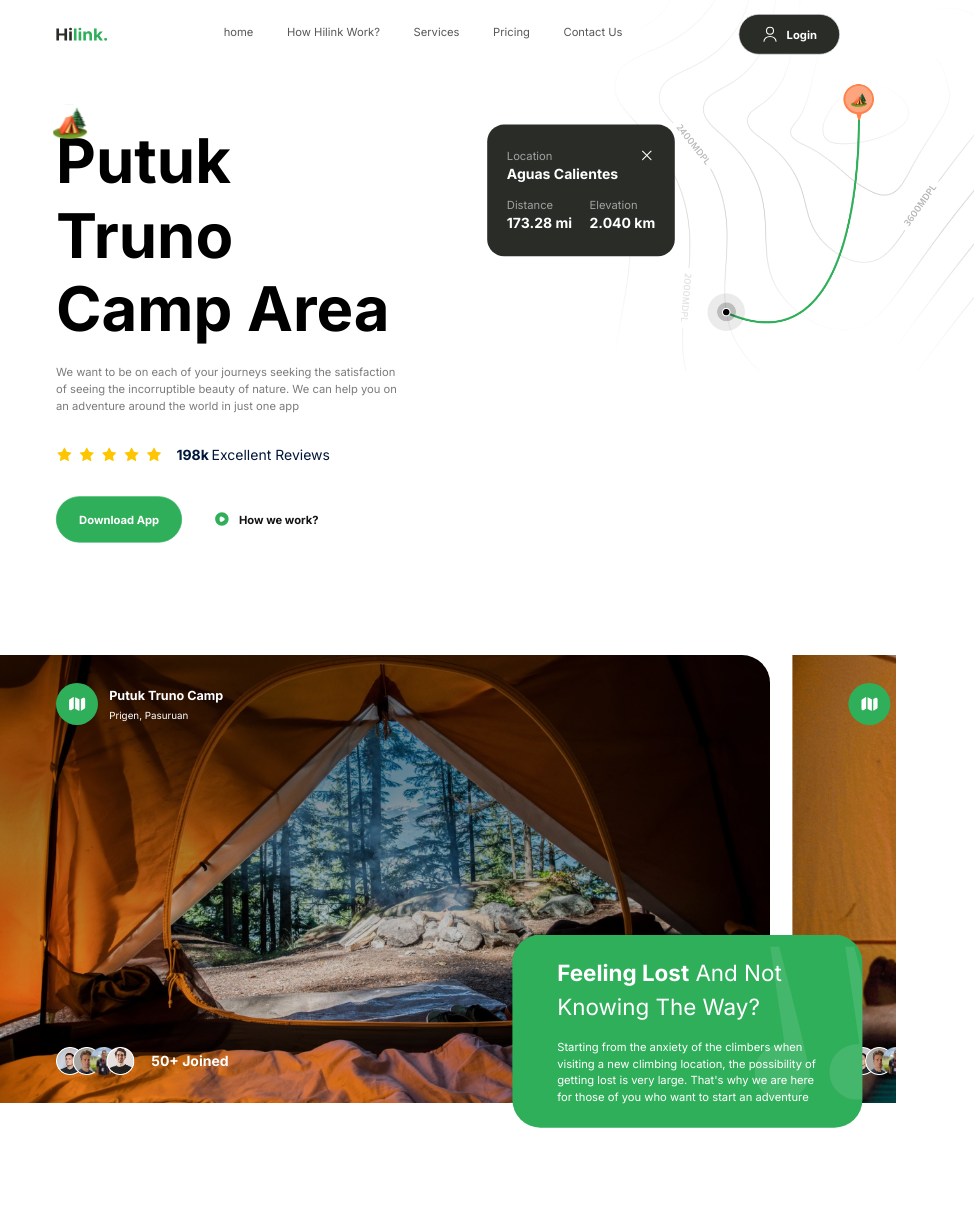
Repository: abdulrahmanmahmood/Travel-App
Page: /
An editor plug-in stored every save of this project. The page is shown before and after the next save, followed by the edit.
The browser window is 1280 px wide. The page is 1392 px wide, then 1360 px, so the pictures cover 1392 px, including what lies to the right of the window. The pictures show the part of the page from y = 0 to 1760 px (the page is 4955 px tall), at 70% of full size.
The project was rebuilt for these pictures with package versions that can differ from the ones it lists, and the page was loaded fresh each time. The framework's server and built-in components were replaced by stand-ins that run in the browser. Also part of the build but not shown: next.config.js.

Above is the page before, as saved 2023-11-10 10:42:44.

### app/layout.tsx
import './globals.css'
import type { Metadata } from 'next';
import './globals.css'
import Navbar from '@/components/Navbar';
import Footer from '@/components/Footer';


export const metadata: Metadata = {
  title: 'Travel',
  description: 'Travel UI/UX App for camping',
}

export default function RootLayout({
  children,
}: {
  children: React.ReactNode
}) {
  return (
    <html lang="en">
      <body >
        <Navbar/>
        {children}
        <Footer/>
      </body>
    </html>
  )
}

### app/page.tsx
import Features from "@/components/Features"
import GetApp from "@/components/GetApp"
import Guide from "@/components/Guide"
import Hero from "@/components/Hero"
import Camp from "@/components/camp"

export default function Home() {
  return (
    <>
    <Hero/>
    <Camp/>
    <Guide/>
    <Features/>
    <GetApp/>
 </>
  )
}

### app/globals.css
@import url('https://fonts.googleapis.com/css2?family=Inter:wght@400;500;600;700;800&display=swap');

@tailwind base;
@tailwind components;
@tailwind utilities;

* {
  margin: 0;
  padding: 0;
  box-sizing: border-box;
}

body {
  font-family: Inter;
}

@layer utilities {
  .btn_white {
    @apply  border-white bg-white px-8 py-3 text-green-50
  }
  .btn_white_text  {
    @apply  border-white bg-white px-8 py-3 text-gray-90
  }
  .btn_green  {
    @apply  border-green-50 bg-green-50 px-8 py-5 text-white
  }
  .btn_dark_green {
    @apply  bg-green-90 px-8 py-4 text-white transition-all hover:bg-black
  }
  .btn_dark_green_outline  {
    @apply border-gray-20 bg-green-90 px-8 py-5 text-white
  }

  .max-container {
    @apply mx-auto max-w-[1440px];
  }

  .padding-container {
    @apply px-6 lg:px-20 3xl:px-0;
  }

  .flexCenter {
    @apply flex items-center justify-center;
  }

  .flexBetween {
    @apply flex items-center justify-between;
  }

  .flexStart {
    @apply flex items-center justify-start;
  }

  .flexEnd {
    @apply flex items-center justify-end;
  }

  /* FONTS */
  .regular-64 {
    @apply text-[64px] font-[400] leading-[120%];
  }

  .regular-40 {
    @apply text-[40px] font-[400] leading-[120%];
  }

  .regular-32 {
    @apply text-[32px] font-[400];
  }

  .regular-24 {
    @apply text-[24px] font-[400];
  }

  .regular-20 {
    @apply text-[20px] font-[400];
  }

  .regular-18 {
    @apply text-[18px] font-[400];
  }

  .regular-16 {
    @apply text-[16px] font-[400];
  }

  .regular-14 {
    @apply text-[14px] font-[400];
  }

  .medium-14 {
    @apply text-[14px] font-[600];
  }

  .bold-88 {
    @apply text-[88px] font-[700] leading-[120%];
  }

  .bold-64 {
    @apply text-[64px] font-[700] leading-[120%];
  }

  .bold-52 {
    @apply text-[52px] font-[700] leading-[120%];
  }

  .bold-40 {
    @apply text-[40px] font-[700] leading-[120%];
  }

  .bold-32 {
    @apply text-[32px] font-[700] leading-[120%];
  }

  .bold-20 {
    @apply text-[20px] font-[700];
  }

  .bold-18 {
    @apply text-[18px] font-[700];
  }

  .bold-16 {
    @apply text-[16px] font-[700];
  }

  /* Hero */
  .hero-map {
    @apply absolute right-0 top-0 h-screen w-screen bg-pattern-2 bg-cover bg-center md:w-[800px] md:-right-28 md:mt-[50px] xl:-top-60;
  }

  /* Camp */
  .camp-quote {
    @apply absolute -right-6 bottom-4 w-[140px] lg:bottom-10 xl:-right-8 xl:w-[186px] 3xl:right-0;
  }

  /* Feature */
  .feature-phone {
    @apply absolute top-[13%] z-10 hidden max-w-[1500px] rotate-[15deg] md:-left-16 lg:flex  3xl:left-20;
  }

  /* Get App */
  .get-app {
    @apply max-container relative flex w-full  flex-col justify-between gap-32 overflow-hidden bg-green-90 bg-pattern bg-cover bg-center bg-no-repeat px-6 py-12 text-white sm:flex-row sm:gap-12 sm:py-24 lg:px-20 xl:max-h-[598px] 2xl:rounded-5xl;
  }
}

/* Hide scrollbar for Chrome, Safari and Opera */
.hide-scrollbar::-webkit-scrollbar {
  display: none;
}

/* Hide scrollbar for IE, Edge and Firefox */
.hide-scrollbar {
  -ms-overflow-style: none; /* IE and Edge */
  scrollbar-width: none; /* Firefox */
}

### components/Navbar.tsx
import { NAV_LINKS } from "@/constants";
import Image from "next/image";
import Link from "next/link";
import Button from "./Button";

const Navbar = () => {
  return (
    <nav
      className=" flexBetween max-container padding-container relative z-30
    py-5"
    >
      <Link href="/">
        <Image src="/hilink-logo.svg" alt="logo" width={74} height={28} />
      </Link>
      <ul className="hidden h-full gap-12 lg:flex">
        {NAV_LINKS.map((link) => (
          <Link
            href={link.href}
            key={link.key}
            className="regular-16 text-gray-50 flexCenter cursor-pointer pb-1.5 transition-all hover:font-bold"
          >
            {link.label}
          </Link>
        ))}
      </ul>
      <div className="lg:flexCenter  hidden ">
        <Button
          type="button"
          title="Login"
          icon="/user.svg"
          variant="btn_dark_green"
        />
      </div>
      <Image
        src="/menu.svg"
        alt="menu"
        width={32}
        height={32}
        className="inline-block cursor-pointer lg:hidden"
      />
    </nav>
  );
};

export default Navbar;

### components/Footer.tsx
import { FOOTER_CONTACT_INFO, FOOTER_LINKS, SOCIALS } from "@/constants";
import Image from "next/image";
import Link from "next/link";
import React from "react";

const Footer = () => {
  return (
    <footer className="flexCenter mb-24 ">
      <div className="padding-container max-container flex w-full flex-col gap-14 ">
        <div className="flex flex-col items-start justify-center gap-[10%] md:flex-row ">
          <Link href="/" className="mb-10">
            <Image src="hilink-logo.svg" alt="logo" width={74} height={29} />
          </Link>
          <div className="flex flex-wrap gap-10 sm:justify-between md:flex-1">
            {FOOTER_LINKS.map((columns) => (
              <FooterColumn title={columns.title}>
                <ul className="regular-14 flex flex-col gap-4 text-gray-30">
                  {columns.links.map((link) => (
                    <Link href="/" key={link}>
                      {link}
                    </Link>
                  ))}
                </ul>
              </FooterColumn>
            ))}

            <div className="flex flex-col gap-5">
                    <FooterColumn title={FOOTER_CONTACT_INFO.title}>
                      {FOOTER_CONTACT_INFO.links.map((link)=>(
                        <Link href='/' key={link.label} className="flex gap-4 md:flex-col lg:flex-row">
                        <p className="whitespace-nowrap">
                          {link.label}:
                        </p>
                        <p className="medium-14 whitespace-nowrap text-blue-70">{link.value}</p>
                        </Link>
                      ))}
                    </FooterColumn>
            </div>
            <div className="flex flex-col gap-5 ">
                      <FooterColumn title={SOCIALS.title}>
                          <ul className="regular-14 flex gap-4 text-gray-30">
                            {SOCIALS.links.map((link)=>(
                              <Link href='link' key={link}>
                                <Image src={link} alt="logo" width={24} height={24}/>
                              </Link>
                            ))}
                          </ul>
                      </FooterColumn>
            </div>
          </div>
        </div>
        <div className="border bg-gray-20 "/>
        <p className="regular-14 w-full text-center text-gray-30">2023 Hilink | All rights reserved</p>
      </div>
    </footer>
  );
};
type FooterColumnProps = {
  title: string;
  children: React.ReactNode;
};

const FooterColumn = ({ title, children }: FooterColumnProps) => {
  return (
    <div className="flex flex-col gap-5 ">
      <h4 className="bold-18 whitespace-nowrap">{title}</h4>
      {children}
    </div>
  );
};

export default Footer;

### components/Features.tsx
import { FEATURES } from "@/constants";
import Image from "next/image";
import { title } from "process";

function Features() {
  return (
    <section className=" flex-col  flexCenter overflow-hidden bg-feature-bg bg-center bg-no-repeat py-24">
      <div className="flex max-container padding-container relative w-full justify-end">
        <div className="flex flex-1 lg:min-h-[900px]">
          <Image
            src="/phone.png"
            alt="phone"
            height={1000}
            width={440}
            className="feature-phone"
          />
        </div>
        <div className="z-20 flex w-full flex-col  lg:w-[60%]">
          <div className="relative ">
            <Image
              src="/camp.svg"
              alt="camp"
              width={50}
              height={50}
              className="absolute top-[-30px] left-[5px] w-10 lg:w-[50px]"
            />
            <h2 className="bold-40 lg:bold-64 -mt-1">Our Features</h2>
          </div>
          <ul className="mt-10 grid gap-10 md:grid-cols-2 lg:mt-20 lg:gap-20 ">
            {FEATURES.map((feature) => (
              <FeatureItem
                key={feature.title}
                icon={feature.icon}
                title={feature.title}
                description={feature.description}
              />
            ))}
          </ul>
        </div>
      </div>
    </section>
  );
}
type FeatureItem = {
  title: string;
  icon: string;
  description: string;
};

const FeatureItem = ({ title, icon, description }: FeatureItem) => {
  return(
  <li className="flex w-full flex-1 flex-col items-start">
    <div className="rounded-full p-4 lg:p-7 bg-green-50">
      <Image src={icon} alt="featureItemImage" width={28} height={28}/>
    </div>
    <h2 className="bold-20 lg:bold-32  mt-5 capitalize">{title}</h2>
    <p className="regular-16 mt-5 bg-white/80 text-gray-30 lg:mt-[30px] lg:bg-none">{description}</p>
  </li>)
};

export default Features;

### components/GetApp.tsx
import Image from "next/image";
import Button from "./Button";

function GetApp() {
  return (
    <section className="flexCenter w-full flex-col pb-[100px]">
      <div className="get-app">
        <div className=" z-20 flex w-full flex-1 flex-col items-start justify-center gap-12">
          <h2 className="bold-40 lg:bold-64 xl:max-w-[320px]">
            Get for free now!{" "}
          </h2>
          <p className="regular-16 text-gray-10">
            Available on iOS and Android
          </p>
          <div className="flex w-full flex-col gap-3 whitespace-nowrap xl:flex-row">
            <Button
              type="button"
              title="App Store"
              variant="btn_white"
              icon="/apple.svg"
              full
            />
            <Button
              type="button"
              title="Play Store "
              variant="btn_dark_green_outline"
              icon="/android.svg"
              full
            />
          </div>
        </div>
        <div className="flex flex-1 items-center justify-end">
          <Image src='/phones.png' alt="phones" width={550} height={870}/>
        </div>
      </div>
    </section>
  );
}

export default GetApp;

### components/Guide.tsx
import Image from "next/image";

function Guide() {
  return (
    <section className="flexCenter flex-col">
      <div className=" padding-container max-container w-full pb-24  ">
        <Image src="/camp.svg" alt="camp" width={50} height={50} />
        <p className="uppercase text-xl bold text-green-500 -mt-1 mb-3 ">
          WE ARE here FOR YOU
        </p>
        <div className="flex flex-wrap justify-between gap-5 lg:gap-10">
          <h2 className="capitalize  bold-40 lg:bold-64 xl:max-w-[390px]">
            Guide You to Easy Path
          </h2>
          <p className=" regular-16 text-gray-30 xl:max-w-[520px]">
            Only with the hilink application you will no longer get lost and get
            lost again, because we already support offline maps when there is no
            internet connection in the field. Invite your friends, relatives and
            friends to have fun in the wilderness through the valley and reach
            the top of the mountain
          </p>
        </div>
      </div>
      <div className=" flexCenter max-container relative w-full ">
        <Image
          src="/boat.png"
          alt="image"
          width={1440}
          height={580}
          className="w-full object-cover object-center 2xl:rounded-5"
        />
        <div className="absolute flex bg-white py-8 pl-5 pr-7 gap-3 rounded-3xl border shadow-md md:left-[5%] lg:top-20">
          <Image src='/meter.svg' alt="meter" width={15} height={158} className="h-full w-auto"/>
          <div className="flexBetween flex-col ">
            <div className="flex w-full flex-col">
              <div className="flexBetween w-full ">
                <p className="regular-16 text-gray-500">Destination</p>
                <p className="bold-16 text-green-50">48 min</p>
              </div>
              <p className="bold-20 mt-2 mb-2 ">Aguas Calientes</p>
            </div>
            <div className="flex w-full flex-col">
              <p className="regular-16 text-gray-500 mt-4">Start track</p>
              <h4 className="bold-20 mt-2 whitespace-nowrap">Wonorejo Pasuruan</h4>
            </div>
          I</div>
        </div>
      </div>
    </section>
  );
}

export default Guide;

### components/Hero.tsx
import Image from "next/image";
import Button from "./Button";

function Hero() {
  return (
    <section className="max-container padding-container flex flex-col gap-20 py-10 pb-32 md:gap-28 lg:py-20 xl:flex-row">
      {/* LEFT */}
      <div className="hero-map " />

      <div className="relative z-20 flex flex-1 flex-col xl:w-1/2">
        <Image
          src="/camp.svg"
          alt="camp"
          width={50}
          height={50}
          className="absolute left-[-5px] top-[-30px] w-10 lg:w-[50px]"
        />
        <h1 className="bold-52 lg:bold-88">Putuk Truno Camp Area</h1>
        <p className="regular-16 mt-6 text-gray-30 xl:max-w-[520px]">
          We want to be on each of your journeys seeking the satisfaction of
          seeing the incorruptible beauty of nature. We can help you on an
          adventure around the world in just one app
        </p>
        <div className="my-11 flex flex-wrap gap-5">
          <div className="flex items-center gap-2">
            {Array(5)
              .fill(1)
              .map((_, index) => (
                <Image
                  key={index}
                  src="/star.svg"
                  alt="star"
                  width={24}
                  height={24}
                />
              ))}
          </div>
          <p className="bold-16 lg:bold-20 text-blue-70">
            198k
            <span className="regular-16 lg:regular-20 ml-1 ">
              Excellent Reviews
            </span>
          </p>
        </div>
        <div className="flex flex-col w-full gap-3 sm:flex-row">
          <Button
            type={"button"}
            title={"Download App"}
            variant={"btn_green"}
          />
          <Button
            type={"button"}
            title={"How we work?"}
            variant={"btn_white_text"}
            icon="/play.svg"
          />
        </div>
      </div>

      <div className="relative flex flex-1 items-start ">
        <div className="relative z-20 w-[268px] flex-col gap-8 rounded-3xl bg-green-90 px-7 py-8">
          <div className="fle flex-col">
            <div className="flexBetween">
              <p className="regular-16 text-gray-20">Location</p>
              <Image src="/close.svg" alt="close" width={24} height={24} />
            </div>
            <p className="bold-20 text-white">Aguas Calientes</p>
          </div>

          <div className="flexBetween  pt-4">
            <div className="flex flex-col">
              <p className="regular-16 block text-gray-20">Distance</p>
              <p className="bold-20 text-white">173.28 mi</p>
            </div>
            <div className="flex flex-col">
              <p className="regular-16 block text-gray-20">Elevation</p>
              <p className="bold-20 text-white">2.040 km</p>
            </div>
          </div>
        </div>
      </div>
    </section>
  );
}

export default Hero;

### components/camp.tsx
import { PEOPLE_URL } from "@/constants";
import Image from "next/image";
import { type } from "os";

interface CampProps {
  backgroundImage: string;
  title: string;
  subtitle: string;
  peoplejoined: string;
}

const CampSite = ({
  backgroundImage,
  title,
  subtitle,
  peoplejoined,
}: CampProps) => {
  return (
    <div
      className={`h-full w-full min-w-[1100px] ${backgroundImage} bg-cover bg-no-repeat lg:rounded-r-5xl 2xl:rounded-5xl `}
    >
      <div className="flex h-full flex-col items-start justify-between p-6 lg:px-20 lg:py-10 ">
        <div className=" flexCenter gap-4">
          <div className="rounded-full bg-green-50 p-4">
            <Image src="/folded-map.svg" alt="folded" height={28} width={28} />
          </div>
          <div className="flex flex-col gap-1">
            <h4 className="bold-18 text-white">{title}</h4>
            <p className="regular-14 text-white">{subtitle}</p>
          </div>
        </div>
        <div className="flexCenter gap-6 ">
          <span className="flex -space-x-4 overflow-hidden">
            {PEOPLE_URL.map((url, index) => (
              <Image
                src={url}
                key={index}
                height={53}
                width={53}
                alt="alt"
                className="inline-block h-10 w-10 r-4"
              />
            ))}
          </span>
          <p className="bold-16 md:bold-20 text-white">{peoplejoined}</p>
        </div>
      </div>
    </div>
  );
};

function camp() {
  return (
    <section className=" 2xl:max-container relative flex flex-col py-10 lg-mb-10 lg:py-20 xl:mb-20">
      <div className="hide-scrollbar flex h-[340px] w-full items-start justify-start gap-8 overflow-x-auto lg:h[400px] xl:h-[640px]">
        <CampSite
          backgroundImage="bg-bg-img-1"
          title="Putuk Truno Camp"
          subtitle="Prigen, Pasuruan"
          peoplejoined="50+ Joined"
        />
        <CampSite
          backgroundImage="bg-bg-img-2"
          title="Mountain View Camp"
          subtitle="Somewhere in the Wilderness"
          peoplejoined="50+ Joined"
        />
      </div>

      <div className=" flexEnd  mt-10 px-6 lg:-mt-60 lg:mr-6 ">
        <div
          className="bg-green-50 p-8 lg:max-w-[500px] xl:max-[734px]
        xl:rounded-5xl xl:px-16 px:py-20 relative w-full overflow-hidden rounded-3xl "
        >
          <h2 className="regular-24 md:regular-32 2xl:regular-64 text-white capitalize">
            <strong>Feeling Lost</strong> And Not Knowing The Way?
          </h2>
          <p className="regular-14 xl:regular-16 mt-5 text-white">
            Starting from the anxiety of the climbers when visiting a new
            climbing location, the possibility of getting lost is very large.
            That's why we are here for those of you who want to start an
            adventure
          </p>
          <Image
            src="/quote.svg"
            alt="camp-2"
            width={186}
            height={219}
            className="camp-quote"
          />
        </div>
      </div>
    </section>
  );
}

export default camp;

### constants/index.ts
export const NAV_LINKS = [
  {href:"/", key:"home", label:"home"},
  { href: '/', key: 'how_hilink_work', label: 'How Hilink Work?' },
  { href: '/', key: 'services', label: 'Services' },
  { href: '/', key: 'pricing ', label: 'Pricing ' },
  { href: '/', key: 'contact_us', label: 'Contact Us' },
]

export const PEOPLE_URL = [
  '/person-1.png',
  '/person-2.png',
  '/acpc-modified (1).png',
  '/person-4.png',
];


export const FEATURES = [
  {
    title: 'Real maps can be offline',
    icon: '/map.svg',
    variant: 'green',
    description:
      'We provide a solution for you to be able to use our application when climbing, yes offline maps you can use at any time there is no signal at the location',
  },
  {
    title: 'Set an adventure schedule',
    icon: '/calendar.svg',
    variant: 'green',
    description:
      "Schedule an adventure with friends. On holidays, there are many interesting offers from Hilink. That way, there's no more discussion",
  },
  {
    title: 'Technology using augment reality',
    icon: '/tech.svg',
    variant: 'green',
    description:
      'Technology uses augmented reality as a guide to your hiking trail in the forest to the top of the mountain. Already supported by the latest technology without an internet connection',
  },
  {
    title: 'Many new locations every month',
    icon: '/location.svg',
    variant: 'orange',
    description:
      'Lots of new locations every month, because we have a worldwide community of climbers who share their best experiences with climbing',
  },
];


export const FOOTER_LINKS = [
  {
    title: 'Learn More',
    links: [
      'About Hilink',
      'Press Releases',
      'Environment',
      'Jobs',
      'Privacy Policy',
      'Contact Us',
    ],
  },
  {
    title: 'Our Community',
    links: ['Climbing xixixi', 'Hiking hilink', 'Hilink kinthill'],
  },
];

export const FOOTER_CONTACT_INFO = {
  title: 'Contact Us',
  links: [
    { label: 'Admin Officer', value: '123-456-7890' },
    { label: 'Email Officer', value: 'hilink@akinthil.com' },
  ],
};

export const SOCIALS = {
  title: 'Social',
  links: [
    '/facebook.svg',
    '/instagram.svg',
    '/twitter.svg',
    '/youtube.svg',
    '/wordpress.svg',
  ],
};

### components/Button.tsx
import Image from "next/image";

type ButtonProps = {
  type: "button" | "submit";
  title: string;
  icon?: string;
  variant: string;
  full?:boolean;
};

function Button({ type, title, icon, variant, full }: ButtonProps) {
  return (
    <button
      type={type}
      className={`flexCenter gap-3 rounded-full border ${variant} ${full && 'w-full'}`}
    >
      {icon && <Image src={icon} alt={title} width={24} height={24} />}
      <label className="bold-16 whitespace-nowrap cursor-pointer">{title}</label>
    </button>
  );
}

export default Button;

Loaded but not shown: tailwind.config.ts (common file)

After the next save:
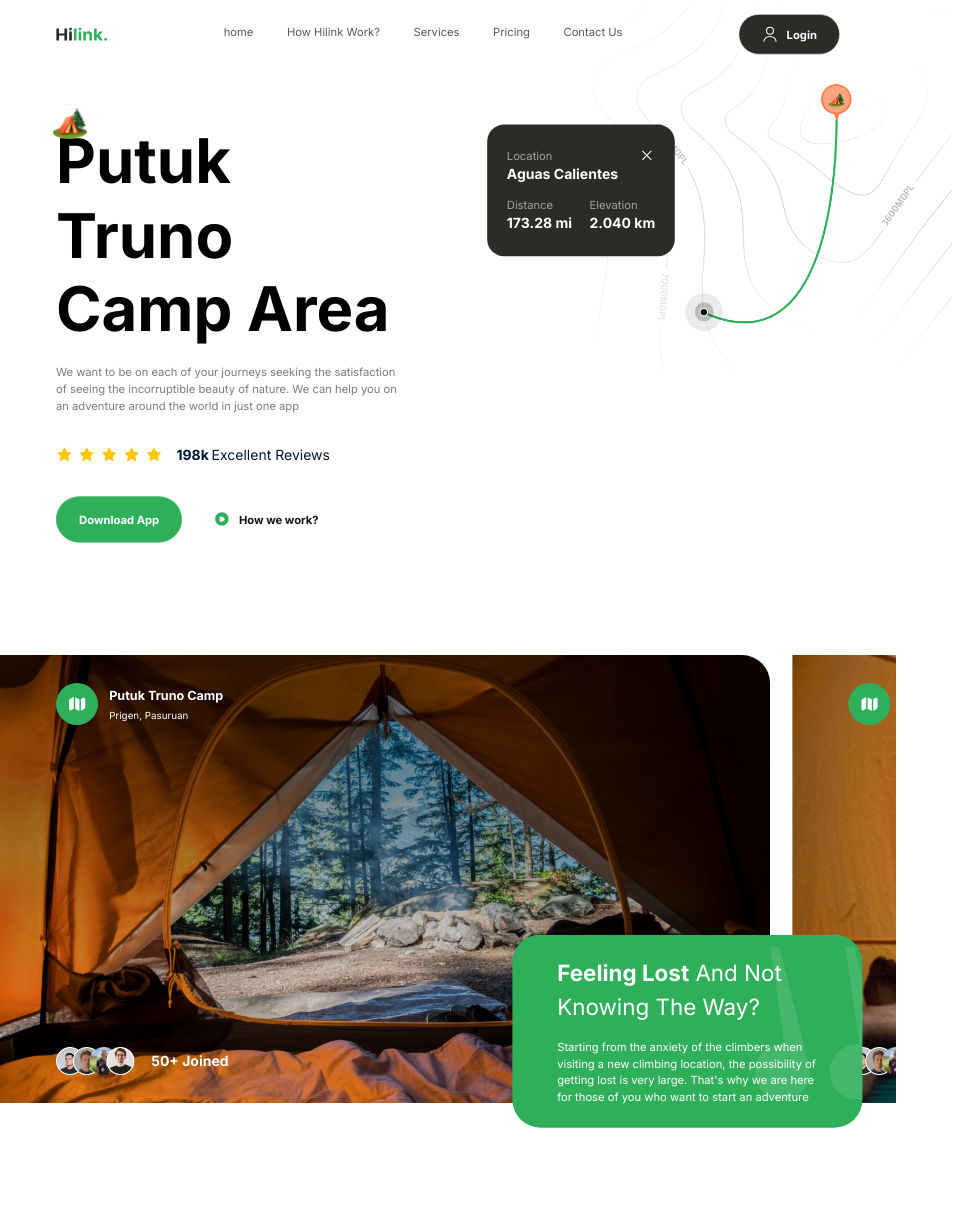
Saved 9 s later.
--- a/app/globals.css
+++ b/app/globals.css
@@ -126,7 +126,7 @@ body {
 
   /* Hero */
   .hero-map {
-    @apply absolute right-0 top-0 h-screen w-screen bg-pattern-2 bg-cover bg-center md:w-[800px] md:-right-28 md:mt-[50px] xl:-top-60;
+    @apply absolute right-0 top-0 h-screen w-screen bg-pattern-2 bg-cover bg-center md:w-[800px] md:-right-20 md:mt-[50px] xl:-top-60;
   }
 
   /* Camp */
